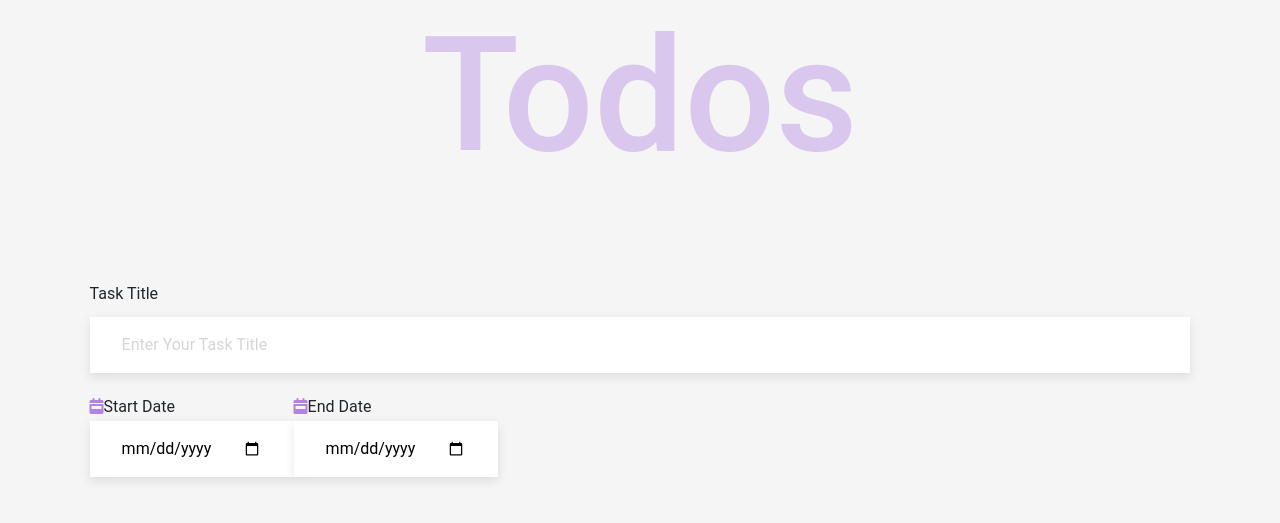
Repository: Surahailat/TypeScript
Page: Mini project 10-3/Project-TS.html
The author's editor kept a copy of each file at every save. The page is drawn from the files as they stood at one save, then again after a run of saves.
The browser window is 1280 px wide. The pictures show the whole page.

Above is the page before, as saved 2025-03-10 13:36:28.

### Mini project 10-3/Project-TS.html
<!DOCTYPE html>
<html lang="en">

<head>
    <meta charset="UTF-8">
    <meta name="viewport" content="width=device-width, initial-scale=1.0">
    <title>Document</title>
    <link href="https://cdnjs.cloudflare.com/ajax/libs/font-awesome/6.0.0-beta3/css/all.min.css" rel="stylesheet">
    <link href="https://cdn.jsdelivr.net/npm/bootstrap@5.3.3/dist/css/bootstrap.min.css" rel="stylesheet" integrity="sha384-QWTKZyjpPEjISv5WaRU9OFeRpok6YctnYmDr5pNlyT2bRjXh0JMhjY6hW+ALEwIH" crossorigin="anonymous">
    <style>
        * {
            box-sizing: border-box;
        }

        body {
            background-color: #f5f5f5;
            font-family: "roboto", sans-serif;
            margin: 0;
        }

        h1 {
            color: rgb(179, 131, 226);
            font-size: 10rem;
            text-align: center;
            opacity: 0.4;

        }
.form{
    margin: 7%;
}
        .input {
            width: 400px;
            max-width: 100%;
            box-shadow: 0px 4px 10px rgb(0, 0, 0, 0.1);
            margin: auto;
            margin-top: 1%;
            border: none;
            width: 100%;
            display: block;
            padding: 1rem 2rem;
            font-size: 1rem;
            margin-bottom: 2%;
        }

        .input::placeholder {
            color: #d5d5d5;

        }

        .date {
            display: flex;
            flex-direction: row;
            width: 100%;
        }
        .form-group{
            w
        }
    </style>
</head>

<body>
    <h1>Todos</h1>
    <div class="form">
        <Label>Task Title</Label>
        <input type="text" class="input" placeholder="Enter Your Task Title " autocomplete="off" id="input">
        <div class="date">
            <div class="form-group">
                <Label><i class="fa-solid fa-calendar-week" style="color: #b383e2;"></i>Start Date</Label>
                <input type="date" class="input" autocomplete="off" id="input">
            </div>
            <div class="form-group">
                <Label><i class="fa-solid fa-calendar-week" style="color: #b383e2;"></i>End Date</Label>
                <input type="date" class="input" autocomplete="off" id="input">
            </div>
        </div>
    </div>
    <script src="https://cdn.jsdelivr.net/npm/bootstrap@5.3.3/dist/js/bootstrap.bundle.min.js" integrity="sha384-YvpcrYf0tY3lHB60NNkmXc5s9fDVZLESaAA55NDzOxhy9GkcIdslK1eN7N6jIeHz" crossorigin="anonymous"></script>

</body>

</html>

After the next 2 saves:
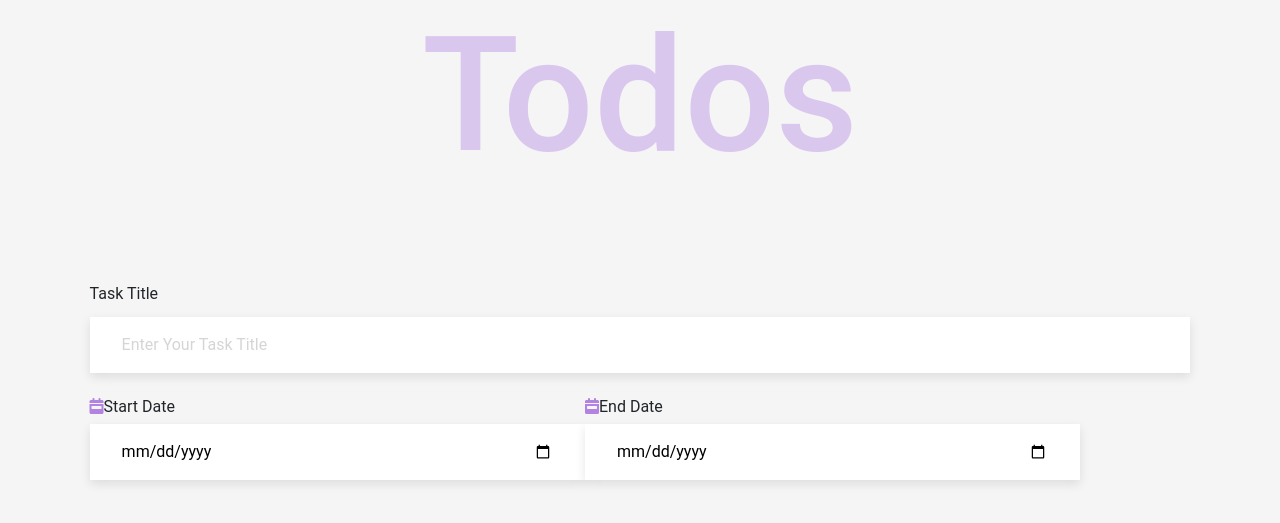
The 2 saves are shown as one change because they came seconds apart.
The last was saved 6 s later.
--- a/Mini project 10-3/Project-TS.html
+++ b/Mini project 10-3/Project-TS.html
@@ -53,7 +53,7 @@
             width: 100%;
         }
         .form-group{
-            w
+            width: 45%;
         }
     </style>
 </head>
